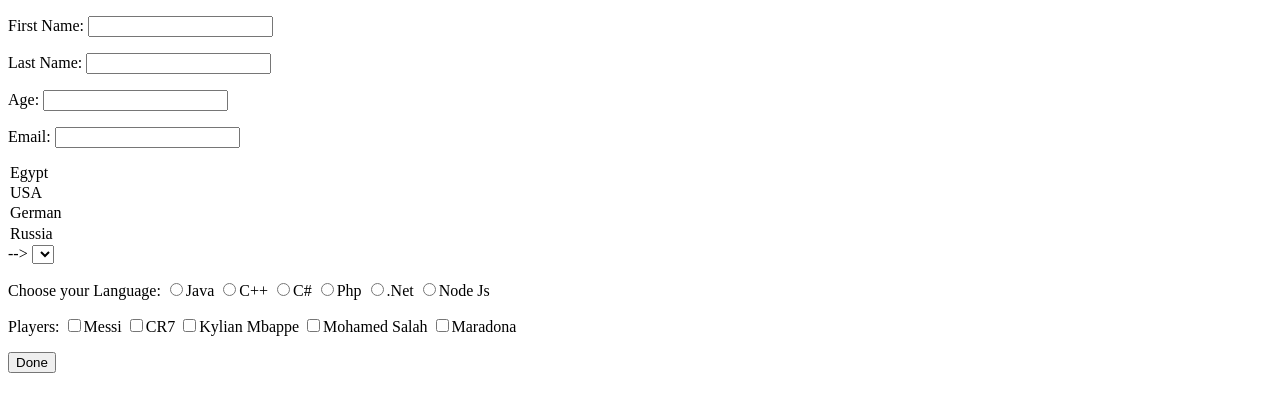
Repository: Moustafa-Ali-Khater/Spring-Data_Hibernate
Page: http://localhost/Spring_MVC/WEB-INF/view/Student-Front-MVC-Tags/student-account.jsp
These files come from the project's save history. The page is drawn as it stood at one moment and after the next save; the edit follows.
The browser window is 1280 px wide. The pictures show the whole page.
The page is served by Tomcat 9. Nobody is signed in. Other server files are loaded and not shown. The template is opened directly, without the code that normally fills it, so the values that code supplies are empty.

Above is the page before, as saved 2023-08-03 15:22:05.

### Spring_MVC/WebContent/WEB-INF/view/Student-Front-MVC-Tags/student-account.jsp
<%@ page language="java" contentType="text/html; charset=ISO-8859-1"
    pageEncoding="ISO-8859-1"%>
<%@ taglib prefix="f" uri="http://www.springframework.org/tags/form" %>

<!DOCTYPE html>
<html>
<head>
<meta charset="ISO-8859-1">
<title>Insert title here</title>
<style type="text/css">
	.error {
		color: red;
		font-weight: bold;
	}
</style>
</head>
<body>

	<f:form action="process-mvc-tags" modelAttribute="student">
		<p>First Name: <f:input path="fName"/>
		<f:errors path="fName" cssClass="error"/></p>
		<p>Last Name: <f:input path="lName"/></p>
		<p>Age: <f:input path="age"/>
		<f:errors path="age" cssClass="error"/></p>
		<p>Email: <f:input path="email"/>
		<f:errors path="email" cssClass="error"/></p

		Country:
		<!-- <f:select path="country">
			<f:option value="Egypt" label="Egypt"/>
			<f:option value="USA" label="USA"/>
			<f:option value="Germany" label="German"/>
			<f:option value="Russia" label="Russia"/>
		</f:select> -->

		<f:select path="country">
			<f:options items= "${student.countryselected}"/>
		</f:select>

		<p>Choose your Language:
		<f:radiobutton path="language" value="Java"/>Java
		<f:radiobutton path="language" value="C++"/>C++
		<f:radiobutton path="language" value="C#"/>C#
		<f:radiobutton path="language" value="Php"/>Php
		<f:radiobutton path="language" value=".Net"/>.Net
		<f:radiobutton path="language" value="Node Js"/>Node Js</p>

		<p>Players:
		<f:checkbox path="players" value="Messi"/>Messi
		<f:checkbox path="players" value="CR7"/>CR7
		<f:checkbox path="players" value="Kylian Mbappe"/>Kylian Mbappe
		<f:checkbox path="players" value="Mohamed Salah"/>Mohamed Salah
		<f:checkbox path="players" value="Maradona"/>Maradona


		<p><input type="submit" value="Done"></p>

	</f:form>

</body>
</html>

After the next save:
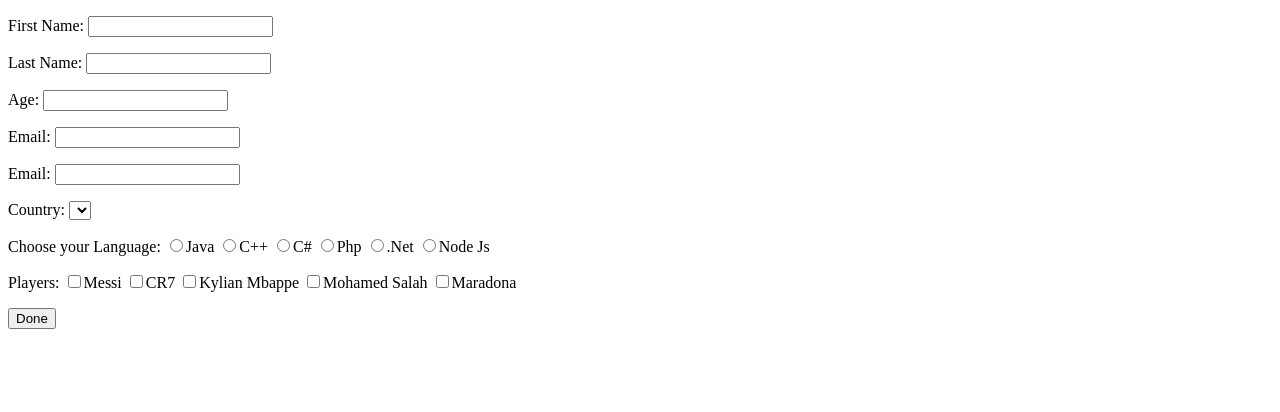
Saved 7 s later.
--- a/Spring_MVC/WebContent/WEB-INF/view/Student-Front-MVC-Tags/student-account.jsp
+++ b/Spring_MVC/WebContent/WEB-INF/view/Student-Front-MVC-Tags/student-account.jsp
@@ -23,8 +23,9 @@
 		<p>Age: <f:input path="age"/>
 		<f:errors path="age" cssClass="error"/></p>
 		<p>Email: <f:input path="email"/>
-		<f:errors path="email" cssClass="error"/></p
-
+		<f:errors path="email" cssClass="error"/></p>
+		<p>Email: <f:input path="email"/>
+		<f:errors path="email" cssClass="error"/></p>
 		Country:
 		<!-- <f:select path="country">
 			<f:option value="Egypt" label="Egypt"/>
